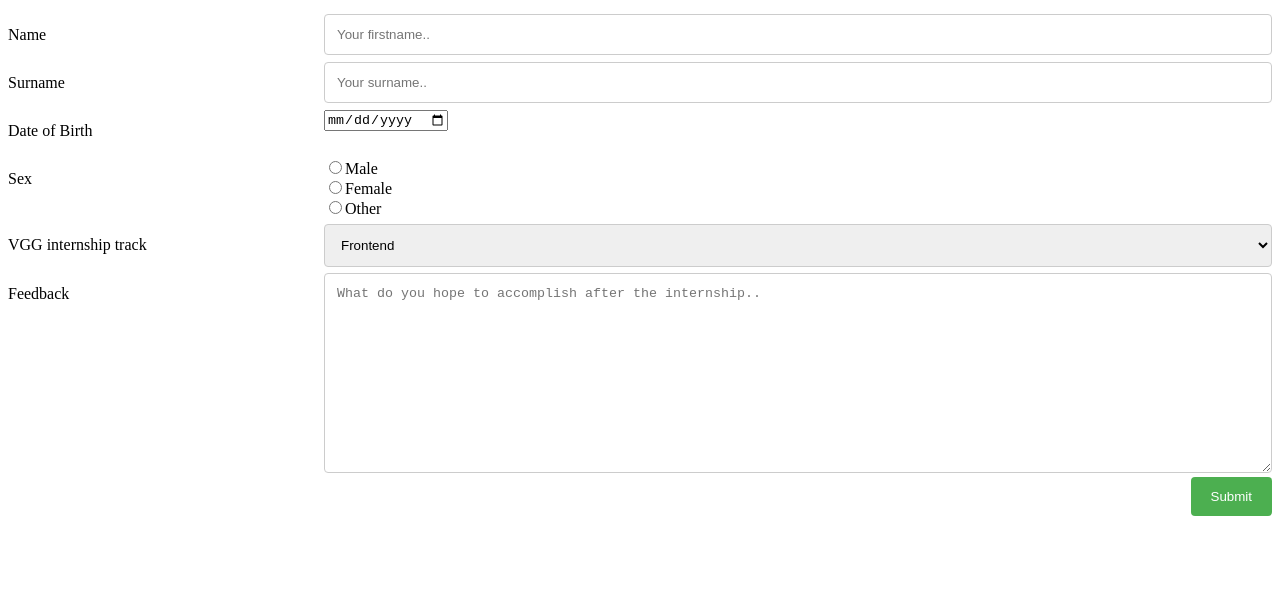
Repository: iphyokafor/VGG-Feedback-form
Page: index2.html
These files come from the project's save history. The page is drawn as it stood at one moment and after the next save; the edit follows.
The browser window is 1280 px wide. The pictures show the whole page.

Above is the page before, as saved 2020-01-13 00:11:42.

After the next save:
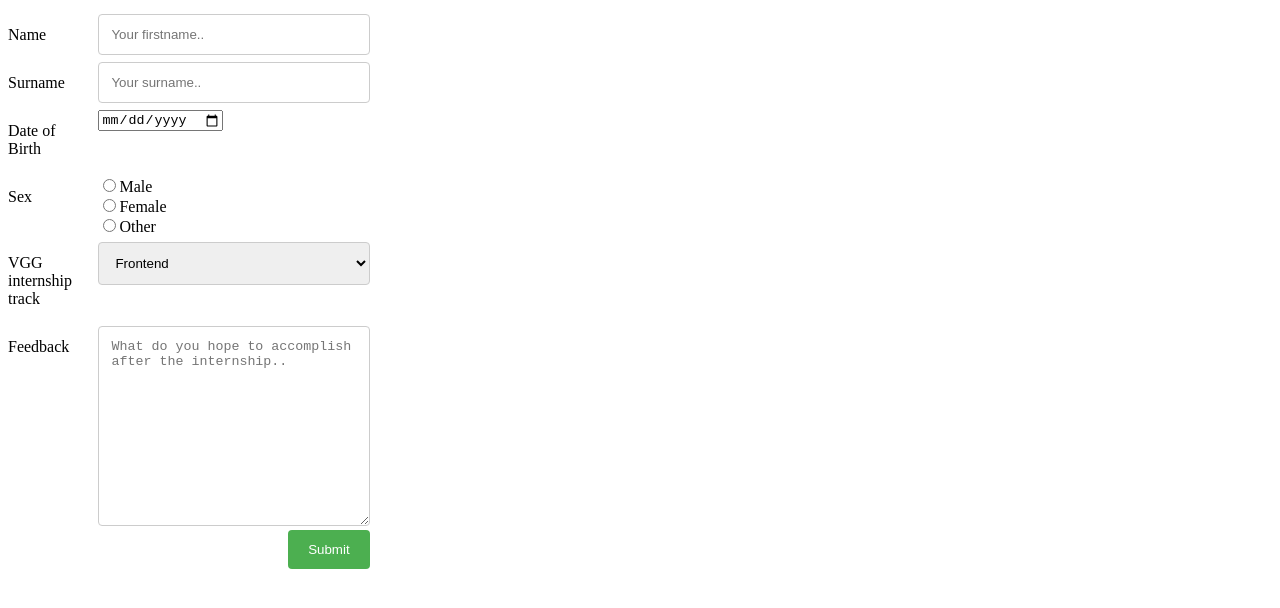
Saved 33 s later.
--- a/main.css
+++ b/main.css
@@ -1,4 +1,8 @@
 /* Style inputs, select elements and textareas */
+
+body {
+    display: flex;
+}
 
 .txtinput,
 select,
